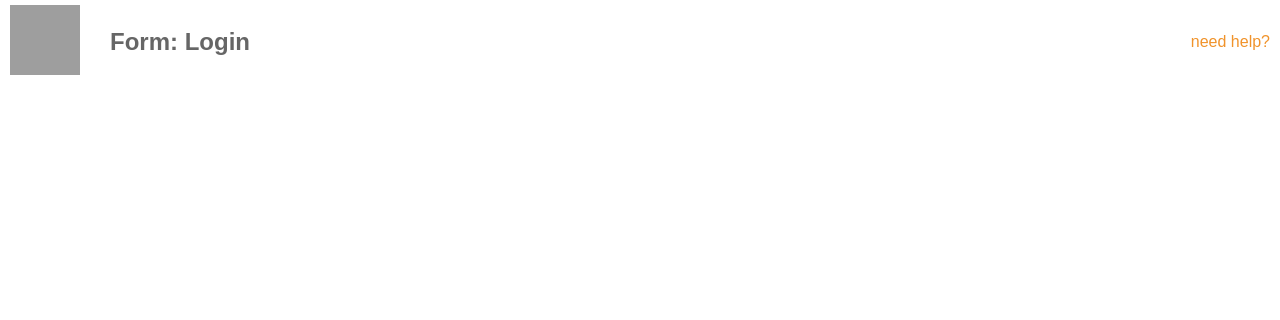
Repository: NguyenDucHung20002/project-homev1
Page: checkout/checkout.html
An editor plug-in stored every save of this project. The page is shown before and after the next save, followed by the edit.
The browser window is 1280 px wide. The pictures show the whole page.
Pictures or frames that could not be fetched are drawn as grey boxes. The style sheet was rebuilt from its Sass, Less or Tailwind sources for each picture, by a compiler version that may differ from the author's.

Above is the page before, as saved 2022-09-20 09:13:16.

### checkout/checkout.html
<!DOCTYPE html>
<html lang="en">

<head>
    <meta charset="UTF-8">
    <meta http-equiv="X-UA-Compatible" content="IE=edge">
    <meta name="viewport" content="width=device-width, initial-scale=1.0">
    <link rel="stylesheet" href="../reset.css">
    <link rel="stylesheet" href="../fontawesome-free-6.1.2-web/css/all.min.css">
    <link rel="stylesheet" href="../dist/css/checkout.css">
    <title>Document</title>
    <link rel="icon" href="/icon/favicon.png">
</head>

<body>
    <header>
        <div class="header">
            <div class="container">
                <div class="header-right">
                    <a href="../homev1.html"><img
                            src="http://wp.0effortthemes.com/themes/veggie/wp-content/uploads/2016/06/header-v3-logo.png"
                            alt=""></a>
                    <h2 class="name-form">Form: Login</h2>
                </div>
                <div class="header-left">
                    <a href="" class="help">need help?</a>
                </div>
            </div>
        </div>
    </header>

    <div class="content">
        <div class="container">
            <div class="thank-you">

            </div>
        </div>
    </div>

</body>

<script src="https://cdnjs.cloudflare.com/ajax/libs/jquery/3.6.0/jquery.min.js"
    integrity="sha512-894YE6QWD5I59HgZOGReFYm4dnWc1Qt5NtvYSaNcOP+u1T9qYdvdihz0PPSiiqn/+/3e7Jo4EaG7TubfWGUrMQ=="
    crossorigin="anonymous" referrerpolicy="no-referrer"></script>
<script src="./checkout.js"></script>

</html>

### reset.css
*,
*::after,
*::before {
  margin: 0;
  padding: 0;
  box-sizing: border-box;
}
a {
  text-decoration: none;
  /* mặc đinh là text-decoration: underline; */
}
ul,
ol {
  list-style: none;
}
input,
button {
  outline: none;
  border: none;
  background: none;
}
table,
th,
td {
  border-collapse: collapse;
}

### checkout/checkout.js
$(".btn-checkout").click((e) => {
  e.preventDefault();
});

### checkout/checkout.scss
* {
  font-family: "Poppins", sans-serif;
}
body {
  position: relative;
}
.container {
  margin: 0 auto;
  width: 1270px;
}
header {
  width: 100%;
  position: fixed;
  top: 0;
  left: 0;
  z-index: 10000;
  background-color: rgba(#ffffff, 0.8);
  .header {
    .container {
      display: flex;
      align-items: center;
      justify-content: space-between;
      padding: 5px;
      .header-right {
        display: flex;
        justify-content: flex-start;
        align-items: center;
        a {
          img {
            width: 70px;
            height: 70px;
          }
        }
        .name-form {
          color: #666;
          margin-left: 30px;
        }
      }
      .header-left {
        a {
          color: #f0932b;
        }
      }
    }
  }
}
.content {
  position: relative;
  z-index: 9999;
  .container {
    background-color: #ffffff;
    margin-top: 84px;
    padding: 40px 0px;
    .thank-you {
      width: 400px;
      height: 150px;
      box-shadow: 0px px 4px 4px rgba(0, 0, 0, 0.5);
    }
  }
}

Loaded but not shown: fontawesome-free-6.1.2-web/css/all.min.css (library)

After the next save:
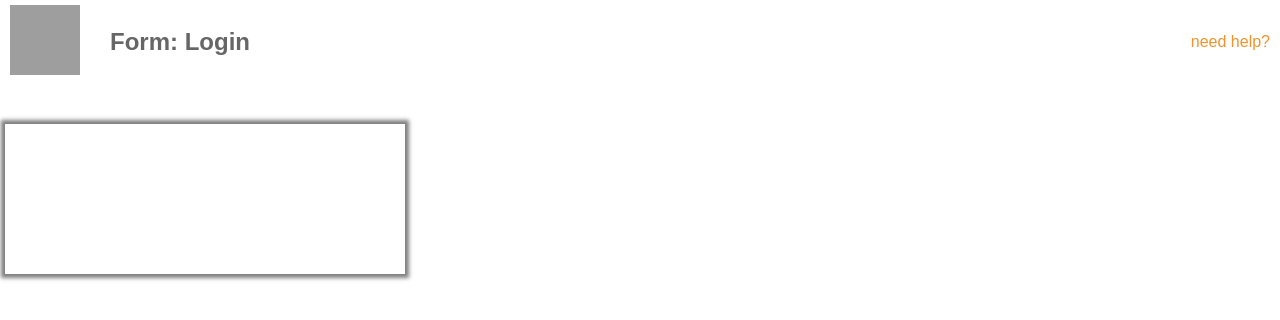
Saved 4 s later.
--- a/checkout/checkout.scss
+++ b/checkout/checkout.scss
@@ -54,7 +54,7 @@ header {
     .thank-you {
       width: 400px;
       height: 150px;
-      box-shadow: 0px px 4px 4px rgba(0, 0, 0, 0.5);
+      box-shadow: 0px 0px 4px 4px rgba(0, 0, 0, 0.5);
     }
   }
 }
